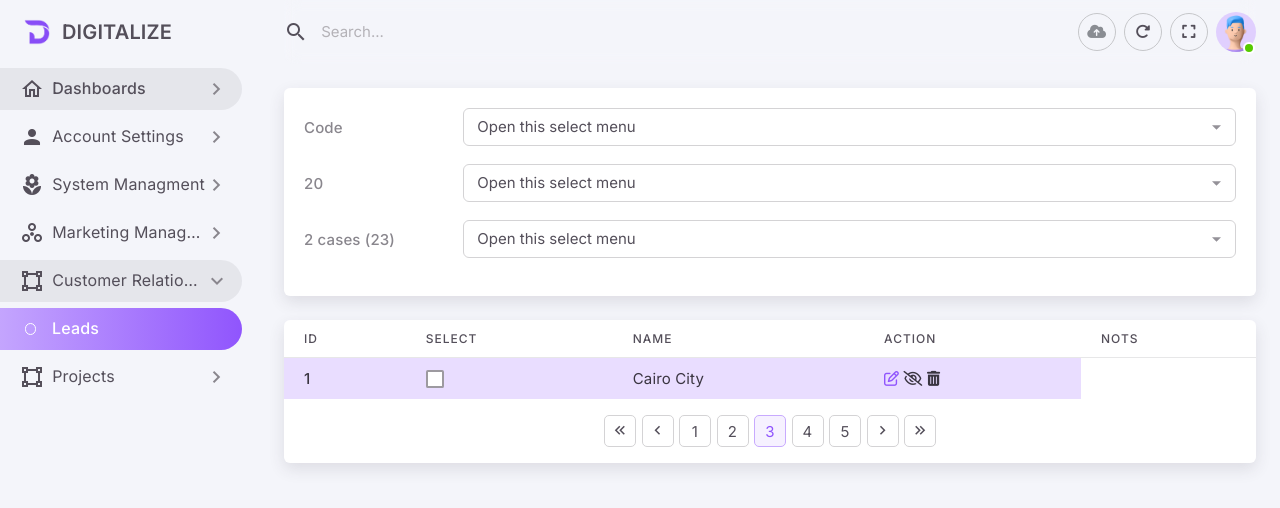
Repository: FadyFathey/sales-crm
Page: html/project-list.html
These files come from the project's save history. The page is drawn as it stood at one moment and after the next save; the edit follows.
The browser window is 1280 px wide. The pictures show the whole page.
Some icons come from a web library that is not loaded, so they are not drawn. Some web libraries are served in a nearby version.

Above is the page before, as saved 2024-10-09 14:06:15.
Console error: ReferenceError: d3 is not defined

After the next save:
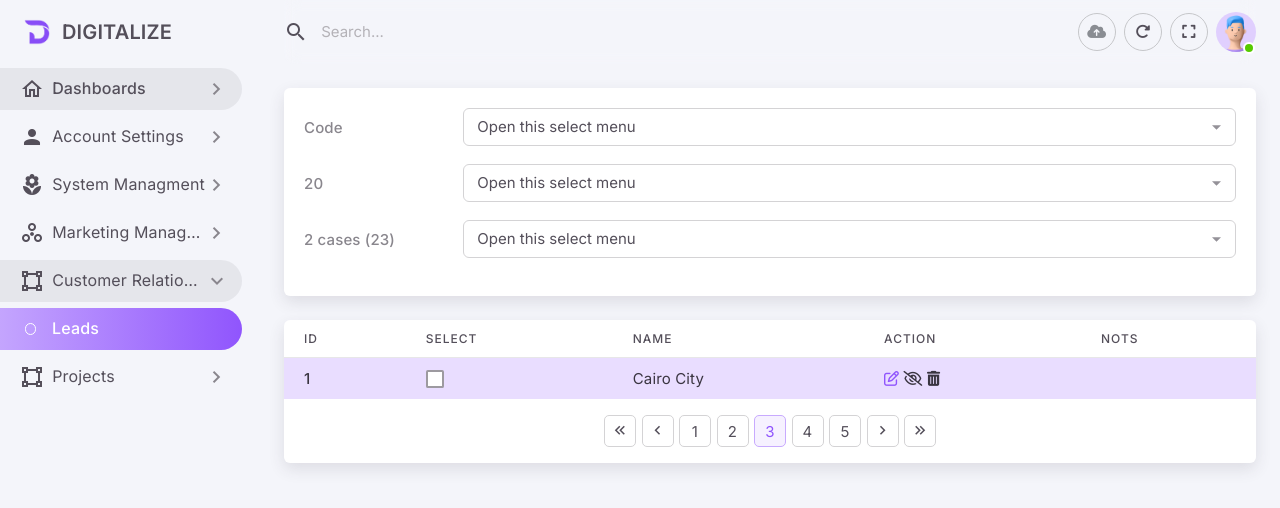
Saved 5 s later.
--- a/html/project-list.html
+++ b/html/project-list.html
@@ -407,7 +407,7 @@
                                                 <i style="cursor: pointer;" class="fa-regular fa-eye-slash"></i>
                                                 <i style="cursor: pointer;" class="fa-solid fa-trash-can"></i>
                                             </td>
-
+                                            <td
                                         </tr>
                                     </tbody>
                                 </table>
